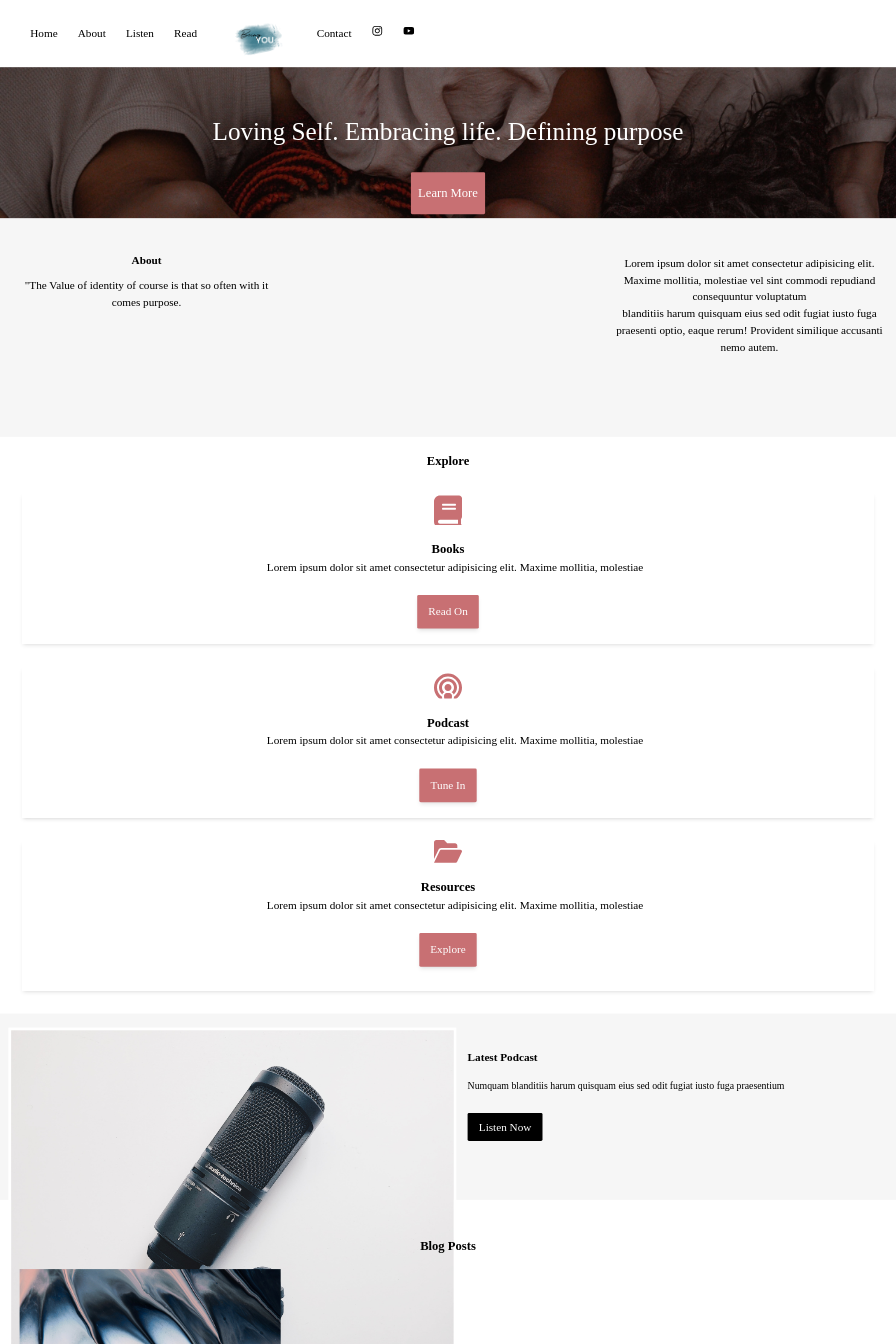
Repository: BrightonMboya/being-you
Page: /
The author's editor kept a copy of each file at every save. The page is drawn from the files as they stood at one save, then again after the next save.
The browser window is 1280 px wide. The pictures show the part of the page from y = 0 to 1920 px (the page is 2948 px tall), at 70% of full size.
The project was rebuilt for these pictures with package versions that can differ from the ones it lists, and the page was loaded fresh each time.

Above is the page before, as saved 2022-05-29 10:21:54.

After the next save:
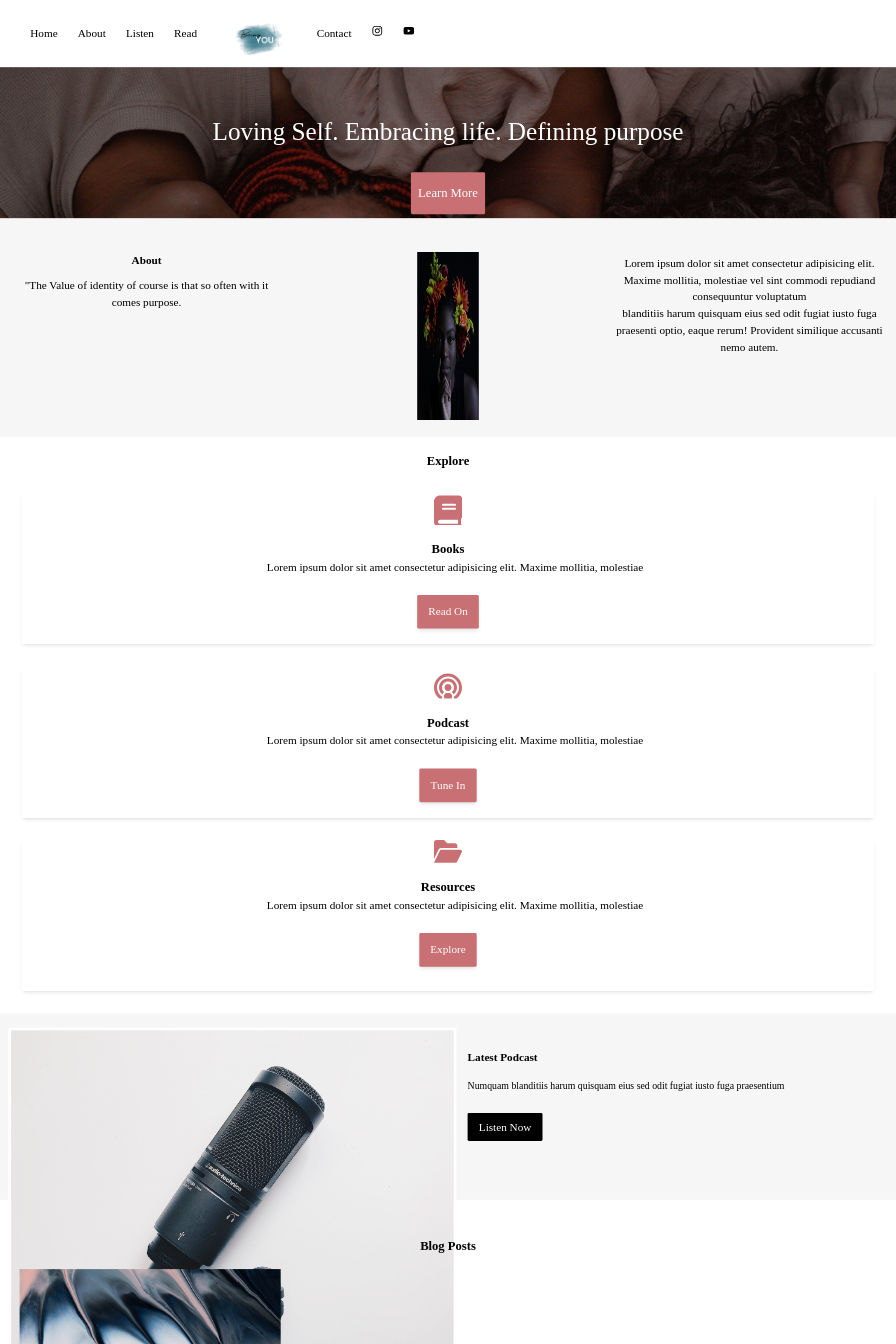
Saved 28 s later.
--- a/src/Components/About/About.jsx
+++ b/src/Components/About/About.jsx
@@ -12,7 +12,7 @@ const About = () => {
             purpose.
           </p>
         </div>
-        <img src={about} alt="" className="mt-6 px-[23vw] h-60" />
+        <img src={about} alt="" className="mt-6 px-[23vh] h-60" />
         <p className="text-center px-3 text-sm mt-7 md:text-base">
           Lorem ipsum dolor sit amet consectetur adipisicing elit. Maxime
           mollitia, molestiae vel sint commodi repudiand consequuntur voluptatum
